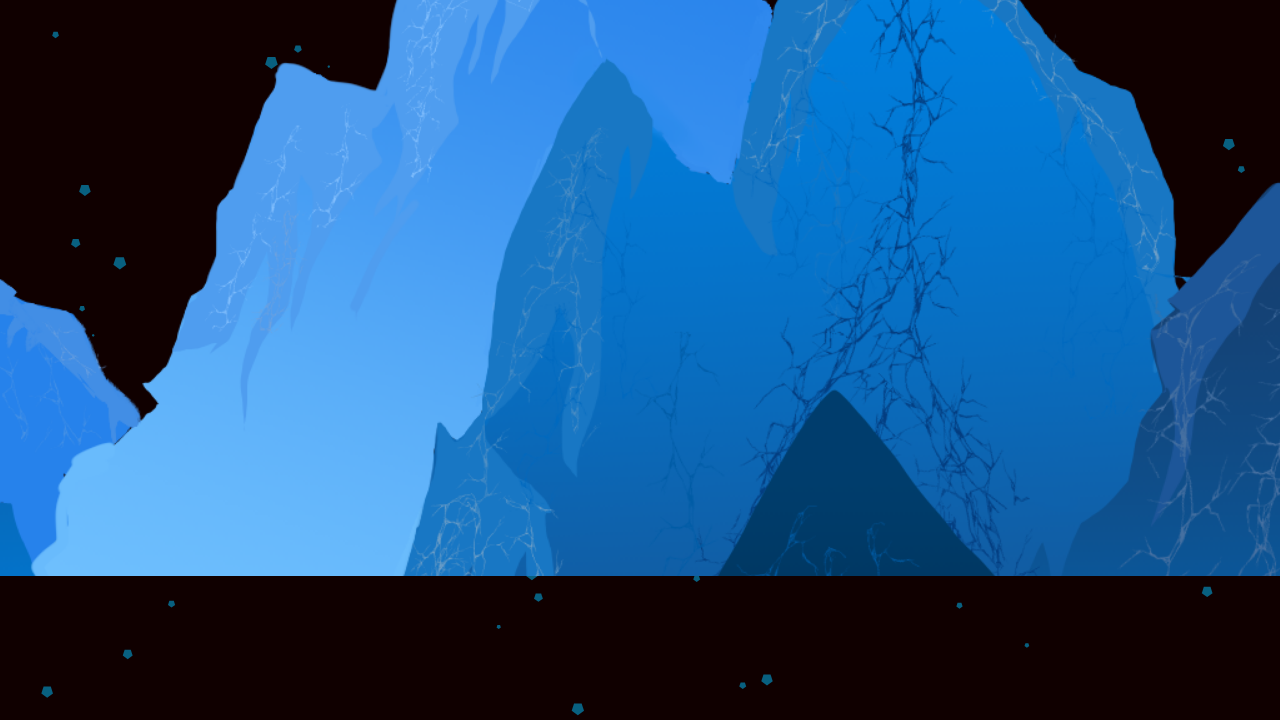
Repository: TMuse333/quantumDesigns
Page: /
The author's editor kept a copy of each file at every save. The page is drawn from the files as they stood at one save, then again after the next save.
The browser window is 1280 px wide. The pictures show the whole page.
The project was rebuilt for these pictures with package versions that can differ from the ones it lists, and the page was loaded fresh each time. Also part of the build but not shown: vite.config.js, src/styles/navbar.css, src/components/navbar.jsx, src/styles/work.css, src/components/skillDesc.js, src/components/work.jsx, src/styles/testimonial.css, src/components/testimonials.jsx and 31 more. Imported but missing from the stored project, and not drawn on this page: src/images/best_dunk.mp4.

Above is the page before, as saved 2024-01-26 10:44:44.

After the next save:
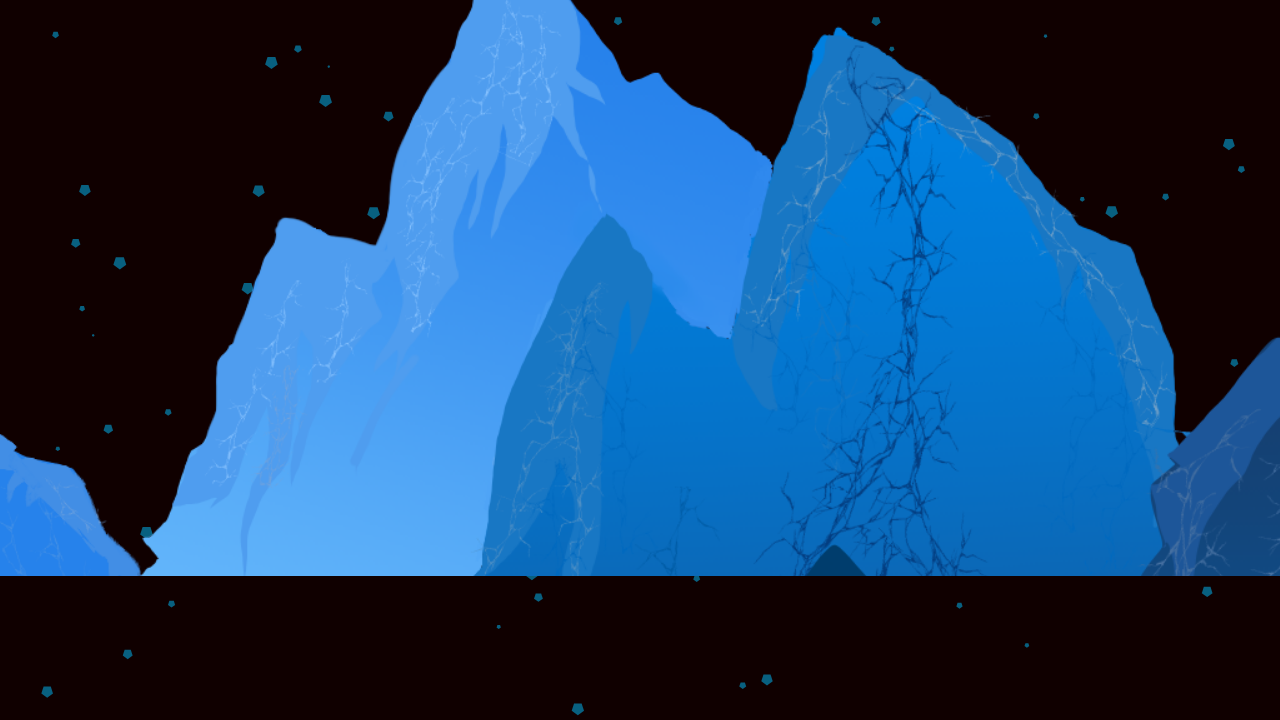
Saved 4 s later.
--- a/src/styles/hero3.css
+++ b/src/styles/hero3.css
@@ -4,7 +4,7 @@
   background-repeat: no-repeat;
   width:100vw;
   background-size: auto 1350px;
-  background-position: 20% 50%;
+  background-position: 20% 30%;
   background-image: url(src/images/no-bg-mountain.png);
   height:80vh;
   position: relative;
